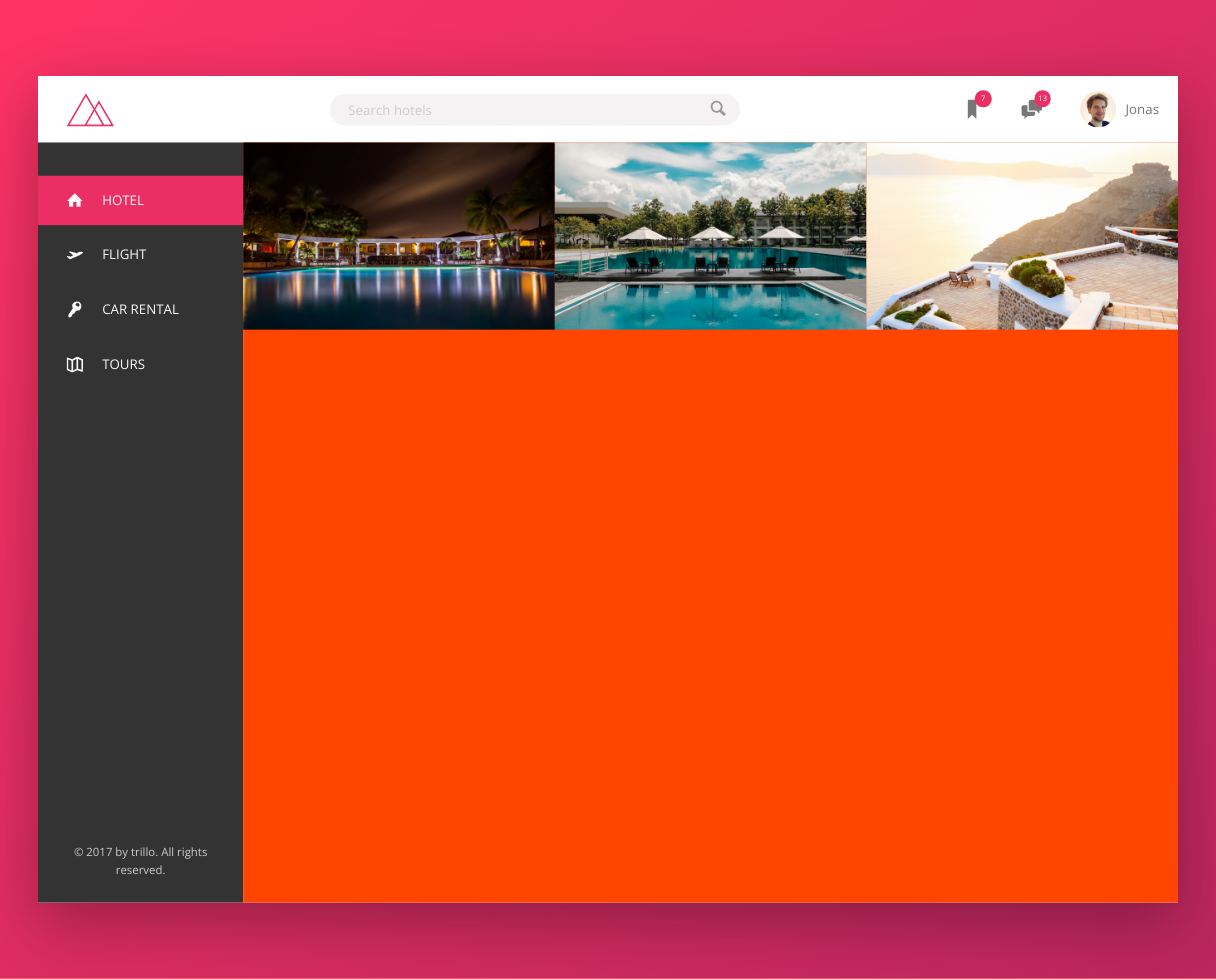
Repository: MalgorzataMazur/Trillo
Page: index.html
An editor plug-in stored every save of this project. The page is shown before and after the next save, followed by the edit.
The browser window is 1280 px wide. The pictures show the whole page, at 95% of full size.
The style sheet was rebuilt from its Sass, Less or Tailwind sources for each picture, by a compiler version that may differ from the author's.

Above is the page before, as saved 2020-03-27 11:29:28.

### index.html
<!DOCTYPE html>
<html lang="en">
    <head>
        <meta charset="UTF-8">
        <meta name="viewport" content="width=device-width, initial-scale=1.0">

        <link href="https://fonts.googleapis.com/css?family=Open+Sans:300,400,600" rel="stylesheet">
        <link rel="stylesheet" href="css/style.css">
        <link rel="shortcut icon" type="image/png" href="img/favicon.png">

        <title>trillo &mdash; Your all-in-one booking app</title>
    </head>
    <body>
        <div class="container">
            <header class="header">
                <img src="img/logo.png" alt="trillo logo" class="logo">

                <form action="#" class="search">
                    <input type="text" class="search__input" placeholder="Search hotels">
                    <button class="search__button">
                        <svg class="search__icon">
                            <use xlink:href="img/sprite.svg#icon-magnifying-glass"></use> <!--include svg -->
                        </svg>
                    </button>
                </form>

                <nav class="user-nav">
                    <div class="user-nav__icon-box">
                        <svg class="user-nav__icon">
                            <use xlink:href="img/sprite.svg#icon-bookmark"></use>
                        </svg>
                        <span class="user-nav__notification">7</span>
                    </div>
                    <div class="user-nav__icon-box">
                        <svg class="user-nav__icon">
                            <use xlink:href="img/sprite.svg#icon-chat"></use>
                        </svg>
                        <span class="user-nav__notification">13</span>
                    </div>
                    <div class="user-nav__user">
                        <img src="img/user.jpg" alt="User photo" class="user-nav__user-photo">
                        <span class="user-nav__user-name">Jonas</span>
                    </div>
                </nav>
            </header>
            <div class="content">
                <nav class="sidebar">
                    <ul class="side-nav">
                        <li class="side-nav__item side-nav__item--active">
                            <a href="#" class="side-nav__link">
                                <svg class="side-nav__icon">
                                    <use xlink:href="img/sprite.svg#icon-home"></use>
                                </svg>
                                <span>Hotel</span>
                            </a>
                        </li>
                        <li class="side-nav__item">
                            <a href="#" class="side-nav__link">
                                <svg class="side-nav__icon">
                                    <use xlink:href="img/sprite.svg#icon-aircraft-take-off"></use>
                                </svg>
                                <span>Flight</span>
                            </a>
                        </li>
                        <li class="side-nav__item">
                            <a href="#" class="side-nav__link">
                                <svg class="side-nav__icon">
                                    <use xlink:href="img/sprite.svg#icon-key"></use>
                                </svg>
                                <span>Car rental</span>
                            </a>
                        </li>
                        <li class="side-nav__item">
                            <a href="#" class="side-nav__link">
                                <svg class="side-nav__icon">
                                    <use xlink:href="img/sprite.svg#icon-map"></use>
                                </svg>
                                <span>Tours</span>
                            </a>
                        </li>
                    </ul>

                    <div class="legal">
                        &copy; 2017 by trillo. All rights reserved. <!-- html entity -->
                    </div>
                </nav>
                <main class="hotel-view">
                    <div class="gallery">
                        <figure class="gallery__item">
                            <img src="img/hotel-1.jpg" alt="Photo of hotel 1" class="gallery__photo">
                        </figure>
                        <figure class="gallery__item">
                            <img src="img/hotel-2.jpg" alt="Photo of hotel 2" class="gallery__photo">
                        </figure>
                        <figure class="gallery__item">
                            <img src="img/hotel-3.jpg" alt="Photo of hotel 3" class="gallery__photo">
                        </figure>
                    </div>
                </main>
            </div>

        </div>
    </body>
</html>

### sass/_base.scss
//variable will be avuialable for entire documents here, global parent of elelemnt
:root { //root pseudoclass the same like ktml but higher specifity //css custom proiperties variables I use here define in declaration bloxk remember
    --color-primary: #eb2f64;
    --color-primary-light: #FF3366;
    --color-primary-dark: #BA265D;

    --color-grey-light-1: #faf9f9;
    --color-grey-light-2: #f4f2f2;
    --color-grey-light-3: #f0eeee;
    --color-grey-light-4: #ccc;

    --color-grey-dark-1: #333;
    --color-grey-dark-2: #777;
    --color-grey-dark-3: #999;

    --shadow-dark: 0 2rem 6rem rgba(0,0,0,.3);

}

* { //first global settings *,htm, body
    margin: 0;
    padding: 0;
}

*,
*::before,
*::after {
    box-sizing: inherit;
}

html {
    box-sizing: border-box;
    font-size: 62.5%; //1rem = 10px, 10px/16px = 62.5%
}

body {
    font-family: 'Open Sans', sans-serif;
    font-weight: 400;
    line-height: 1.6;
    color: var(--color-grey-dark-2);
    background-image: linear-gradient(to right bottom, var(--color-primary-light), var(--color-primary-dark)); //gradient from the left top cornet to right bottom corner
    background-size: cover;
    background-repeat: no-repeat; //default is repeat in css

    min-height: 100vh; //min height but if height can be bigger than that will be simply bigger
}

### sass/_layout.scss
.container {
    max-width: 120rem; //container can decrease if hasn't got enough enough space to display our 120rem,;inaczej 1200px i jesli mniej to zajmie 100% szerokosci portu
    margin: 8rem auto;
    background-color: var(--color-grey-light-1);
    box-shadow: var(--shadow-dark);

    min-height: 50rem;
}

.header {
    font-size: 1.4rem;
    height: 7rem;
    background-color: #fff;
    border-bottom: var(--color-grey-light-2);

    display: flex; //cause it is parent element
    justify-content: space-between; // divide empty space between 3 elements
    align-items: center; //wzdłuż osi poprzecznej center
}

.content {
    display: flex;
}

.sidebar {
    background-color: var(--color-grey-dark-1);

    flex: 0 0 18%; //don't want to grow & shrink & we want 18% of width; automatic wil be

    display: flex;
    flex-direction: column; //change the direction of the main axis from left to right to top to bottom
    justify-content: space-between;
}

.hotel-view {
    background-color: #fff;
    ////test
    background-color: orangered;
    height: 80rem;

    flex: 1; //by using flex 1 element should grow as much as that can; na tyle ile ma przestrzeni
}

### sass/_components.scss
/////////////////////////////////
////LOGO
.logo {
    height: 3.5rem;
    margin-left: 3rem;
}



/////////////////////////////////
////SEARCH
.search {
    flex: 0 0 40%; //grow shrink occupy

    display: flex;//flex item is becoming flex container,; we center loop icon btn
    align-items: center; //center elem along the cross axis
    justify-content: center; //center elem along the main axis

    &__input {
        font-family: inherit;
        font-size: inherit;
        color: inherit;
        background-color: var(--color-grey-light-2);
        border: none;
        border-radius: 100px;
        padding: .7rem 2rem;
        width: 90%;
        transition: all .2s;
        margin-right: -3.25rem; //this way the btn move on top of input

        &:focus {
            outline: none;
            width: 100%;
            background-color: var(--color-grey-light-3);
        }

        &::-webkit-input-placeholder {
            font-weight: 100;
            color: var(--color-grey-light-4);
        }
    }

    &__input:focus + &__button { //sibling, adjust element; the same backgr color
        background-color: var(--color-grey-light-3);
    }

    &__button {
        border: none;
        background-color: var(--color-grey-light-2);

        &:focus {
            outline: none;
        }

        &:active {
            transform: translate(2px);
        }
    }

    &__icon {
        height: 2rem;
        width: 2rem;
        fill: var(--color-grey-dark-3);
}
}



/////////////////////////////////
////USER NAVIGATION
.user-nav {
    align-self: stretch; //żeby one sie rozciagaly, is like align items but for one individual item; ovverite in header align item center

    display: flex; //flex item on the sam etime is flex container
    align-items: center;

    & > * {
        padding: 0 2rem;
        cursor: pointer;
        display: flex;
        height: 100%;
        align-items: center; //when we hoover thy arent on the top; vertical align
   }

    & > *:hover {
        background-color: var(--color-grey-light-2);
    }

    &__icon-box {
        position: relative;
    }

    &__icon {
        height: 2.25rem;
        width: 2.25rem;
        fill: var(--color-grey-dark-2);
    }

    &__notification {
        font-size: .8rem;
        height: 1.75rem;
        width: 1.75rem;
        border-radius: 50%;
        background-color: var(--color-primary);
        color: #fff;
        position: absolute; //parent elememnt is iconbox relative
        top: 1.5rem;
        right: 1.1rem;

        display: flex;
        justify-content: center;
        align-items: center;
    }

    &__user-photo {
        height: 3.75rem;
        border-radius: 50%;
        margin-right: 1rem;
    }
}



/////////////////////////////////
////SIDE NAVIGATION
.side-nav {
    font-size: 1.4rem;
    list-style: none;
    margin-top: 3.5rem;

    &__item {
        position: relative;

        &:not(:last-child) { //all the items except the last one
            margin-bottom: .5rem;
        }
    }

    &__item::before { //line becpmes invisible which then expands to the right side
        content: "";
        position: absolute;
        top: 0;
        left: 0;
        height: 100%;
        width: 3px;
        background-color: var(--color-primary);
        transform: scaleY(0); //normal state without any hover
        transition: transform .2s, //first transform ghappens during .2s & we wait this time .2s until we start transitioning the width .4s
                    width .4s cubic-bezier(1,0,0,1) .2s,
                    background-color .1s; //we can set diffrent settings for diffrent properties. we can have the staged animations where first the transform happens then the width
    }

    &__item:hover::before,
    &__item--active::before {
        transform: scaleY(1); //only occurs Y direction from top to bottom
        width: 100%;
    }

    &__item:active::before {
        background-color: var(--color-primary-light);
    }

    &__link:link,
    &__link:visited {
        color: var(--color-grey-light-1);
        text-decoration: none;
        text-transform: uppercase;
        display: block;
        padding: 1.5rem 3rem;
        position: relative; //on top of the before elem after hover

        display: flex;
        align-items: center; //ikony równo z napisem z listy
    }

    &__icon {
        width: 1.75rem;
        height: 1.75rem;
        margin-right: 2rem;
        fill: currentColor; //means color ofthe current elelemnt or the parent element
    }
}



/////////////////////////////////
////LEGAL TEXT
.legal {
    font-size: 1.2rem;
    color: var(--color-grey-light-4);
    text-align: center;
    padding: 2.5rem;
}



/////////////////////////////////
////SIDE NAVIGATION
.gallery {
    display: flex;

    &__photo {
        width: 100%;
        display: block;
    }
}

Loaded but not shown: sass/main.scss (common file)

After the next save:
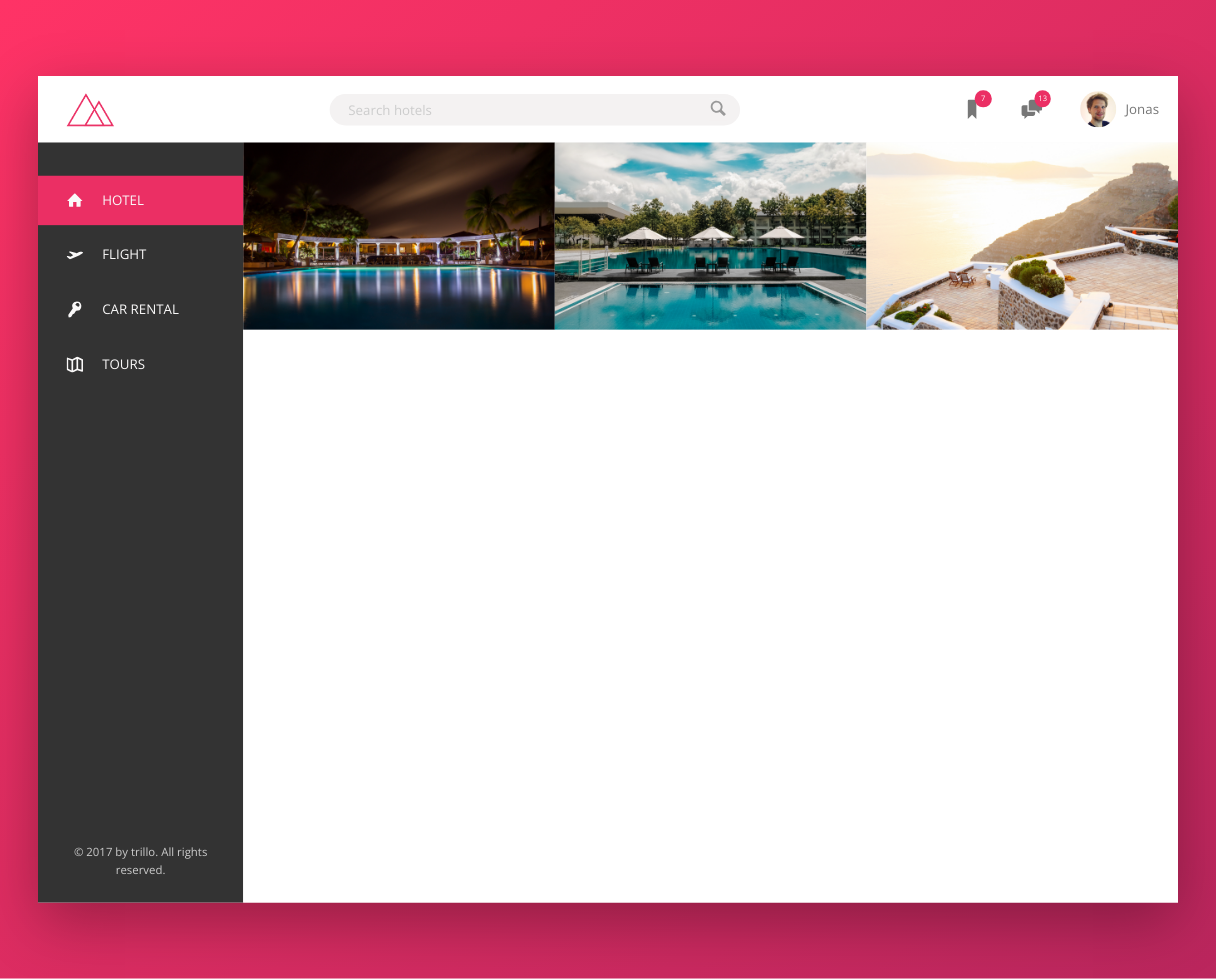
Saved 3 min 43 s later.
--- a/sass/_layout.scss
+++ b/sass/_layout.scss
@@ -35,7 +35,6 @@
 .hotel-view {
     background-color: #fff;
     ////test
-    background-color: orangered;
     height: 80rem;
 
     flex: 1; //by using flex 1 element should grow as much as that can; na tyle ile ma przestrzeni
